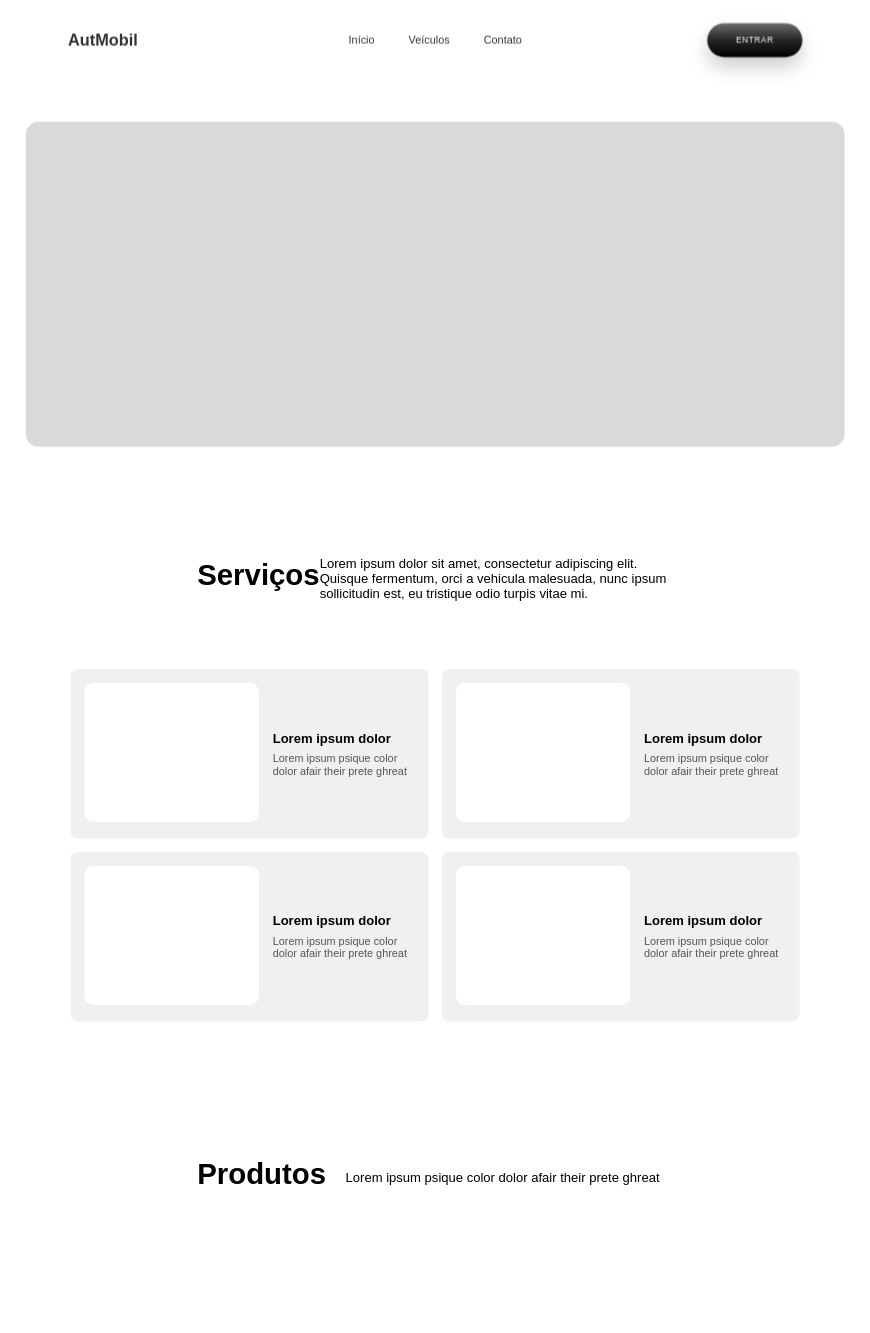
Repository: Matheus904-12/Reforma
Page: index.html
The author's editor kept a copy of each file at every save. The page is drawn from the files as they stood at one save, then again after the next save.
The browser window is 1280 px wide. The pictures show the whole page, at 68% of full size.

Above is the page before, as saved 2024-08-01 10:32:30.

### index.html
<!DOCTYPE html>
<html lang="en">
<head>
    <meta charset="UTF-8">
    <meta name="viewport" content="width=device-width, initial-scale=1.0">
    <title>Automobil - Venda de Veículos</title>
    <link rel="stylesheet" href="styles.css">
</head>
<body>
    <header>
        <div class="navbar">
            <div class="logo">AutMobil</div>
            <nav class="nav-links">
                <a href="#home">Início</a>
                <a href="#veiculos">Veículos</a>
                <a href="#contato">Contato</a>
            </nav>
            <button class="btn">
                <span class="btn-text-one">Entrar</span>
                <span class="btn-text-two">Vamos Lá!</span>
            </button>
        </div>
    </header>
    <section class="hero">
        <img src="imagens/Rectangle 1.png" alt="Imagem de Veículos" class="hero-image">
    </section>
    <section class="servicos">
        <div class="servicos-header">
            <h2>Serviços</h2>
            <p class="description">Lorem ipsum dolor sit amet, consectetur adipiscing elit. Quisque fermentum, orci a vehicula malesuada, nunc ipsum sollicitudin est, eu tristique odio turpis vitae mi.</p>
        </div>
        <div class="cards-container">
            <div class="card">
                <div class="card-image"><img src="imagens/Rectangle 9.png" alt="Serviço 1"></div>
                <div class="card-content">
                    <h3>Lorem ipsum dolor</h3>
                    <p>Lorem ipsum psique color dolor afair their prete ghreat</p>
                </div>
            </div>
            <div class="card">
                <div class="card-image"><img src="imagens/Rectangle 9.png" alt="Serviço 2"></div>
                <div class="card-content">
                    <h3>Lorem ipsum dolor</h3>
                    <p>Lorem ipsum psique color dolor afair their prete ghreat</p>
                </div>
            </div>
            <div class="card">
                <div class="card-image"><img src="imagens/Rectangle 9.png" alt="Serviço 3"></div>
                <div class="card-content">
                    <h3>Lorem ipsum dolor</h3>
                    <p>Lorem ipsum psique color dolor afair their prete ghreat</p>
                </div>
            </div>
            <div class="card">
                <div class="card-image"><img src="imagens/Rectangle 9.png" alt="Serviço 4"></div>
                <div class="card-content">
                    <h3>Lorem ipsum dolor</h3>
                    <p>Lorem ipsum psique color dolor afair their prete ghreat</p>
                </div>
            </div>
        </div>
    </section>
    <section class="servicos">
        <div class="servicos-header">
            <h2>Produtos</h2>
            <p class="description2">Lorem ipsum psique color dolor afair their prete ghreat</p>
        </div>
    </section>
</body>
</html>

### styles.css
body {
    margin: 0;
    font-family: Arial, sans-serif;
}

header {
    position: relative;
    width: 100%;
}

.navbar {
    display: flex;
    justify-content: center;
    align-items: center;
    padding: 20px 50px;
    background: rgba(255, 255, 255, 0.5);
    border-radius: 25px;
    backdrop-filter: blur(10px);
    transition: all 0.3s ease-in-out;
    margin: 20px 50px;
    position: relative;
}

.navbar.scrolled {
    background: rgba(255, 255, 255, 0.8);
    backdrop-filter: blur(15px);
}

.logo {
    position: absolute;
    left: 50px;
    font-size: 1.5em;
    color: #333;
    font-weight: bold;
}

.nav-links {
    list-style: none;
    display: flex;
    gap: 20px;
}

.nav-links a {
    text-decoration: none;
    color: #333;
    padding: 10px 15px;
    border-radius: 15px;
    transition: background 0.3s, color 0.3s;
}

.nav-links a:hover {
    background: #333;
    color: #fff;
}

.btn {
    width: 140px;
    height: 50px;
    background: linear-gradient(to top, #000000, #272727, #6d6d6d);
    color: #fff;
    border-radius: 50px;
    border: none;
    outline: none;
    cursor: pointer;
    position: relative;
    box-shadow: 0 15px 30px rgba(0, 0, 0, 0.2);
    overflow: hidden;
    position: absolute;
    right: 50px;
    text-decoration: none; /* Para remover o sublinhado do link */
    display: flex;
    justify-content: center;
    align-items: center;
}

.btn span {
    font-size: 12px;
    text-transform: uppercase;
    letter-spacing: 1px;
    transition: top 0.5s;
}

.btn-text-one {
    position: absolute;
    width: 100%;
    top: 50%;
    left: 0;
    transform: translateY(-50%);
}

.btn-text-two {
    position: absolute;
    width: 100%;
    top: 150%;
    left: 0;
    transform: translateY(-50%);
}

.btn:hover .btn-text-one {
    top: -100%;
}

.btn:hover .btn-text-two {
    top: 50%;
}

.btn:active {
    transform: translateY(1px); /* Efeito de afundar ao clicar */
}

.hero {
    position: relative;
    width: 100%;
    height: 600px; /* Ajuste a altura conforme necessário */
    overflow: hidden;
    display: flex;
    justify-content: center;
    align-items: center;
}

.hero-image {
    width: 94%;
    height: auto;
    object-fit: cover;
}

.servicos {
    padding: 100px;
}

.servicos-header {
    display: flex;
    justify-content: space-between;
    align-items: center;
    margin-bottom: 100px;
}

.servicos h2 {
    font-size: 2.7em;
    margin: 0 0 10px 0; /* Ajuste a margem inferior para aproximar do parágrafo */
    margin-left: 190px;
}

.description {
    font-size: 1.2em;
    max-width: 600px;
    margin: 0;
    margin-right: 190px;
}
.description2 {
    font-size: 1.2em;
    max-width: 600px;
    margin: 0;
    margin-right: 210px;
}

.cards-container {
    display: flex;
    flex-wrap: wrap;
    justify-content: center;
    gap: 20px;
}

.card {
    display: flex;
    align-items: center;
    background-color: #f0f0f0;
    padding: 20px;
    border-radius: 10px;
    width: 45%;
}

.card-image img {
    width: 257px;
    height: 205px;
    border-radius: 10px;
    margin-right: 20px;
}

.card-content {
    text-align: left;
}

.card-content h3 {
    margin: 0 0 10px 0;
    font-size: 1.2em;
}

.card-content p {
    margin: 0;
    color: #555;
}

.produtos {
    padding: 100px;
    background-color: #f9f9f9;
}

.produtos-header {
    display: flex;
    justify-content: space-between;
    align-items: center;
    margin-bottom: 50px;
}

.produtos h2 {
    font-size: 2.5em;
    margin: 0;
}

.produtos .description {
    font-size: 1.2em;
    max-width: 600px;
    margin: 0;
}

.filtros {
    display: flex;
    justify-content: center;
    gap: 20px;
    margin-bottom: 50px;
}

.filtro {
    background-color: #333;
    color: #fff;
    border: none;
    padding: 10px 20px;
    border-radius: 10px;
    cursor: pointer;
    transition: background 0.3s;
}

.filtro:hover {
    background-color: #555;
}

.produtos-container {
    position: relative;
}

.carrossel {
    display: none;
    flex-wrap: nowrap;
    overflow-x: auto;
    gap: 20px;
}

.carrossel.active {
    display: flex;
}

.produto-card {
    display: flex;
    flex-direction: column;
    align-items: center;
    background-color: #fff;
    padding: 20px;
    border-radius: 10px;
    min-width: 300px;
}

.produto-image img {
    width: 100%;
    border-radius: 10px;
    margin-bottom: 20px;
}

.produto-content {
    text-align: center;
}

.produto-content h3 {
    margin: 0 0 10px 0;
    font-size: 1.2em;
}

.produto-content p {
    margin: 0;
    color: #555;
}

After the next save:
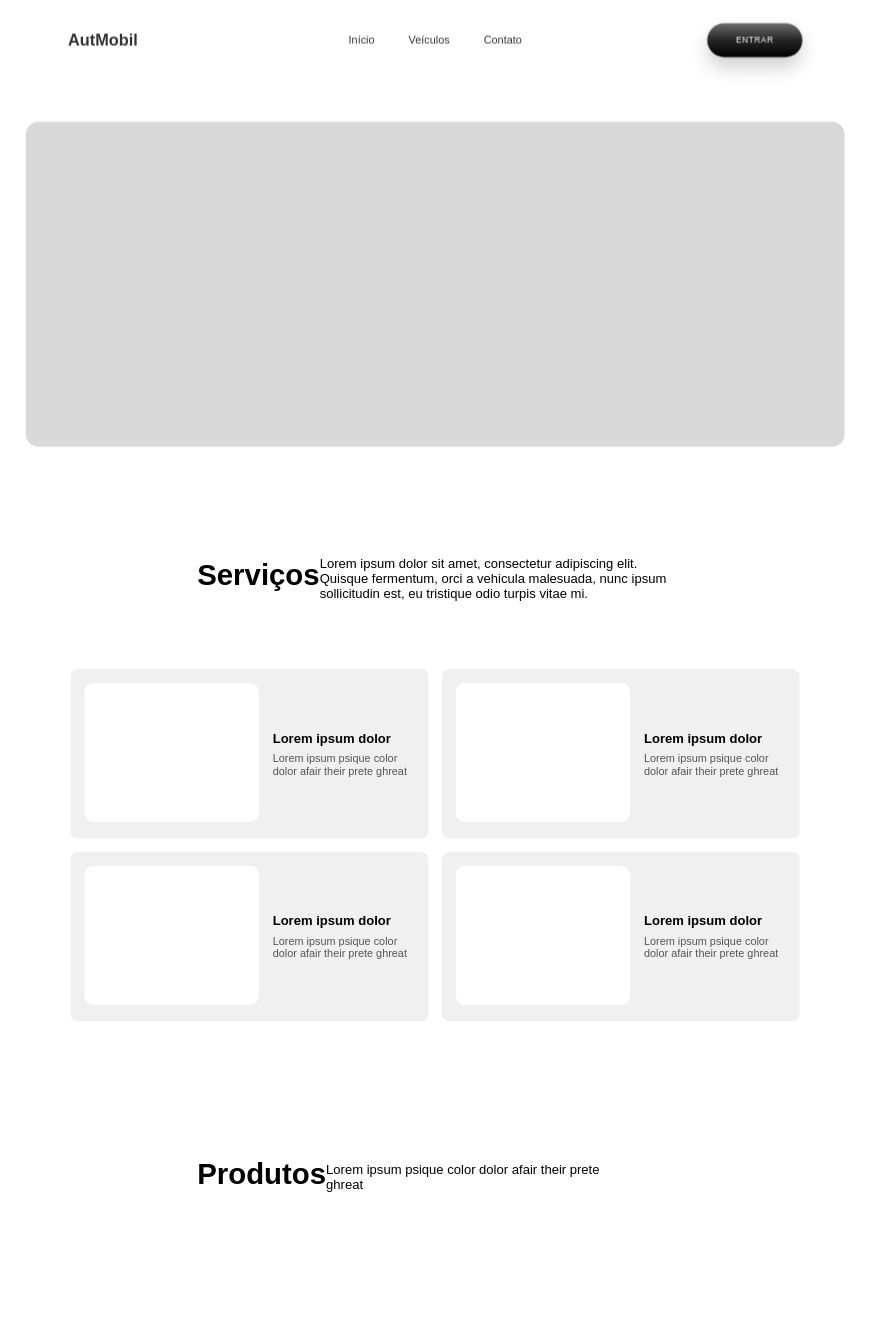
Saved 5 s later.
--- a/styles.css
+++ b/styles.css
@@ -151,7 +151,7 @@ header {
     font-size: 1.2em;
     max-width: 600px;
     margin: 0;
-    margin-right: 210px;
+    margin-right: 250px;
 }
 
 .cards-container {
